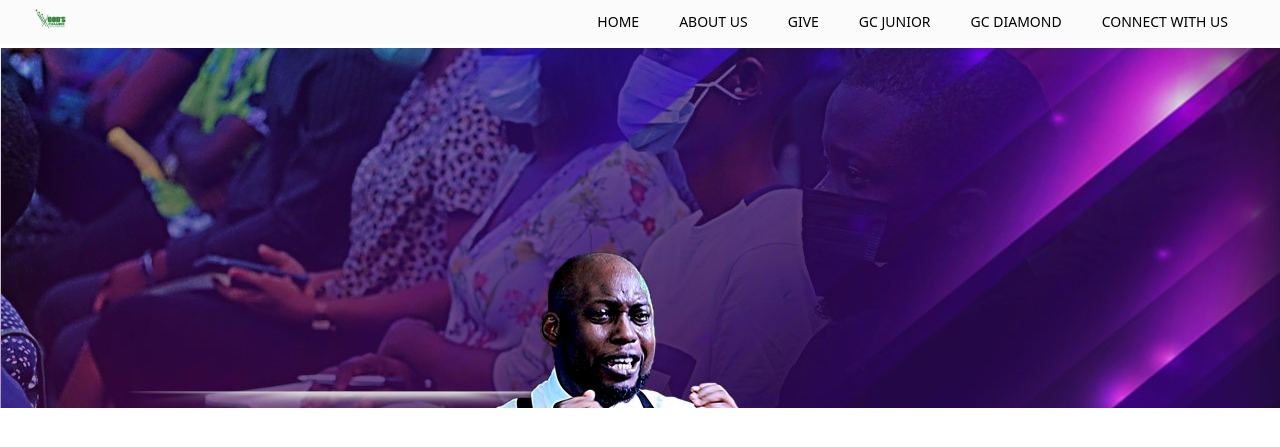
Repository: hisreal123/godschamber-church-main
Page: /
An editor plug-in stored every save of this project. The page is shown before and after the next save, followed by the edit.
The browser window is 1280 px wide. The pictures show the whole page.
The project was rebuilt for these pictures with package versions that can differ from the ones it lists, and the page was loaded fresh each time. The framework's server and built-in components were replaced by stand-ins that run in the browser. Also part of the build but not shown: next.config.js.

Above is the page before, as saved 2022-08-14 22:34:21.

### pages/index.tsx
import type { NextPage } from "next";
import Head from "next/head";
import Banner from "../components/Banner";
import Footer from "../components/Footer";

import Header from "../components/Header";

const Home: NextPage = () => {
  return (
    <div className="">
      <Head>
        <title>Create Next App</title>
        <meta name="description" content="Generated by create next app" />
        <link rel="icon" href="/favicon.ico" />
      </Head>

      <Header />
      <p>Hi</p>
      <Footer />
      <Banner />
    </div>
  );
};

export default Home;

### components/Banner.tsx
import React from "react";

const Banner = () => {
  return (
    <div className=" bg-[url('/assets/Banner.jpg')] bg-no-repeat bg-center relative h-[360px] "></div>
  );
};

export default Banner;

### components/Header.tsx
import React, { useState, useEffect } from "react";
import logo from "/public/assets/PageLogo.png";
import Nav from "./Navs";
import Image from "next/image";
import { BiMenu } from "react-icons/bi";
import HamBuger from "./HamBuger";

const Header = () => {
  const [toggle, setToggle] = useState(true);

  // function to handle toggle and set toggle to opposite of it
  const handleToggle = () => {
    setToggle(!toggle);
  };

  useEffect(() => {
    console.log(" Consoled !!!");
  }, []);

  //  variable style for CustomStyle from ListItems Component
  const LinkStyle =
    " w-full block py-3 px-0 hover:text-white hover:bg-[#0C4E12] pl-2 text-sm md:px-5 md:m-0 md:bg-[transparent]";

  return (
    <div className="z-10 fixed top-0 w-full bg-[#FBFBFB] md:flex justify-between md:items-center ">
      <div className="mobile bg-[#222222] md:bg-[#fbfbfb] relative flex items-center  px-3 justify-between w-full md:px-8   ">
        <a href="http://www.facebok.com" className="">
          <Image
            src={logo}
            alt=" Page logo"
            height="35"
            width="38"
            // layout=" fixed "
            objectFit="contain"
          />
        </a>

        {/* <div className=" md:hidden" onClick={handleToggle}>
          <BiMenu size="2rem" color="white" />
        </div> */}

        <div className="md:hidden">
          <HamBuger handleClick={handleToggle} />
        </div>

        <div className="hidden md:flex md:items-center transition-all">
          <Nav url="www.fb.com " item="HOME" CustomStyle={LinkStyle} />
          <Nav url="www.fb.com " item="ABOUT US" CustomStyle={LinkStyle} />
          <Nav url="www.fb.com " item="GIVE" CustomStyle={LinkStyle} />
          <Nav url="www.fb.com " item="GC JUNIOR" CustomStyle={LinkStyle} />
          <Nav url="www.fb.com " item="GC DIAMOND" CustomStyle={LinkStyle} />
          <Nav
            url="www.fb.com "
            item="CONNECT WITH US "
            CustomStyle={LinkStyle}
          />
        </div>
      </div>

      {/* nav List */}
      {!toggle && (
        <div className="transition-all">
          <Nav url="www.fb.com " item="HOME" CustomStyle={LinkStyle} />
          <Nav url="www.fb.com " item="ABOUT US" CustomStyle={LinkStyle} />
          <Nav url="www.fb.com " item="GIVE" CustomStyle={LinkStyle} />
          <Nav url="www.fb.com " item="GC JUNIOR" CustomStyle={LinkStyle} />
          <Nav url="www.fb.com " item="GC DIAMOND" CustomStyle={LinkStyle} />
        </div>
      )}
    </div>
  );
};

export default Header;

### components/Navs.tsx
import React from "react";
import ListItems from "./ListItems";
import { NavProps } from "./NavProps";

const Nav = (props: NavProps) => {
  return (
    <nav className="">
      <ListItems
        url={props.url}
        item={props.item}
        CustomStyle={props.CustomStyle}
      />
    </nav>
  );
};

export default Nav;

// TODO: Passed the  Listitem into this Parent component and passed same to Header Component ,since we could reuse the ListItem component in the Footer also

### components/HamBuger.tsx
import React, { useState } from "react";

// TODO: Fix toggle from whatever

type HamBugerProps = {
  handleClick: () => {};
  toggle: string;
};
const HamBuger: React.FC<HamBugerProps> = ({ handleClick, toggle }) => {
  const [swap, setSwap] = useState(true);

  return (
    <div className="group" onClick={handleClick}>
      <div className=" bg-slate-100 h-[.1rem] w-6 mb-[.4rem] group-hover:mt-[.3rem] group-hover:rotate-[45deg] group-hover:m-0 "></div>
      <div className=" bg-slate-100 h-[.1rem] w-6  group-hover:mb-[.3rem ] group-hover:bg-red-400 group-hover:-rotate-[45deg]"></div>
      <div className=" bg-slate-100 h-[.1rem] w-6  mt-[.4rem] group-hover:hidden"></div>
    </div>
  );
};

export default HamBuger;

### components/ListItems.tsx
import React from "react";
import { NavProps } from "./NavProps";

const ListItems = (props: NavProps) => {
  return (
    <div className=" ">
      <a href={props.url} key={props.item} className={props.CustomStyle}>
        {props.item}
      </a>
    </div>
  );
};

export default ListItems;

### tailwind.config.js
/** @type {import('tailwindcss').Config} */
module.exports = {
  content: [
    "./pages/**/*.{js,ts,jsx,tsx}",
    "./components/**/*.{js,ts,jsx,tsx}",
  ],
  theme: {
    extend: {
      backgroundImage: {
        Main: "url('/public/assets/banner.jpg')",
      },
    },
  },
  plugins: [],
};

Loaded but not shown: pages/_app.tsx (common file); styles/globals.css (common file); components/Footer.tsx (common file)

After the next save:
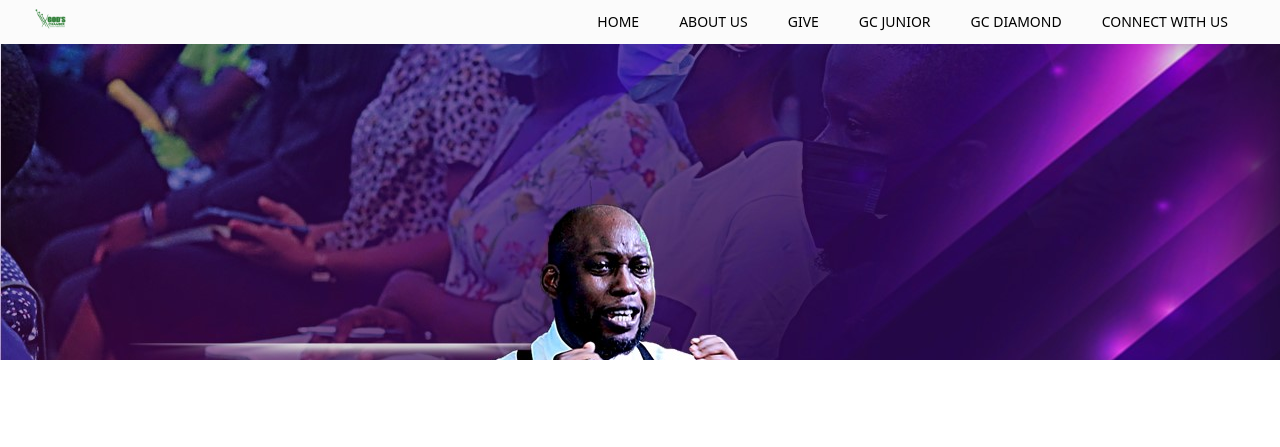
Saved 5 s later.
--- a/pages/index.tsx
+++ b/pages/index.tsx
@@ -15,8 +15,6 @@ const Home: NextPage = () => {
       </Head>
 
       <Header />
-      <p>Hi</p>
-      <Footer />
       <Banner />
     </div>
   );
